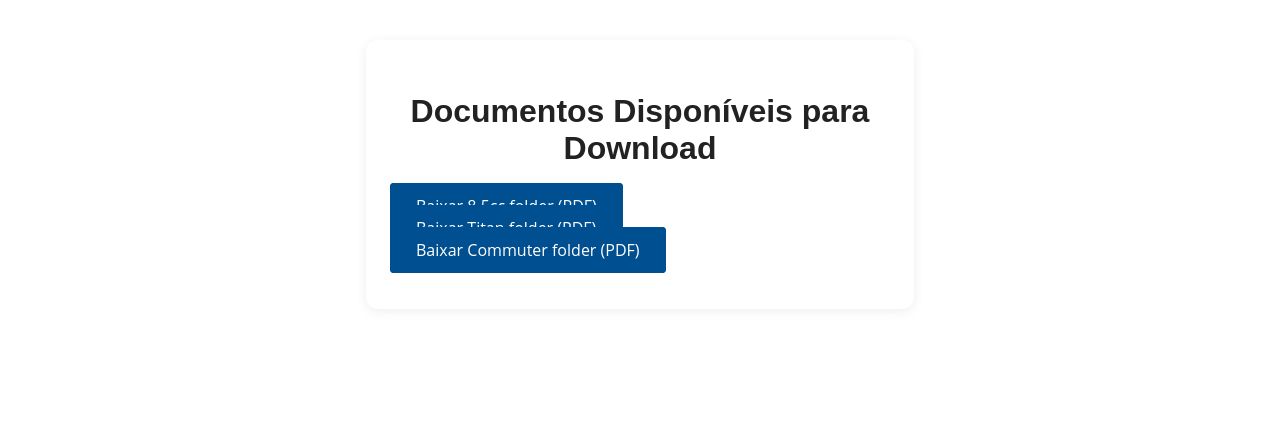
Repository: JamesOliveira1/Project-MastroWebSite
Page: assets/contents/documents.html
An editor plug-in stored every save of this project. The page is shown before and after the next save, followed by the edit.
The browser window is 1280 px wide. The pictures show the whole page.

Above is the page before, as saved 2025-06-30 13:21:55.

After the next save:
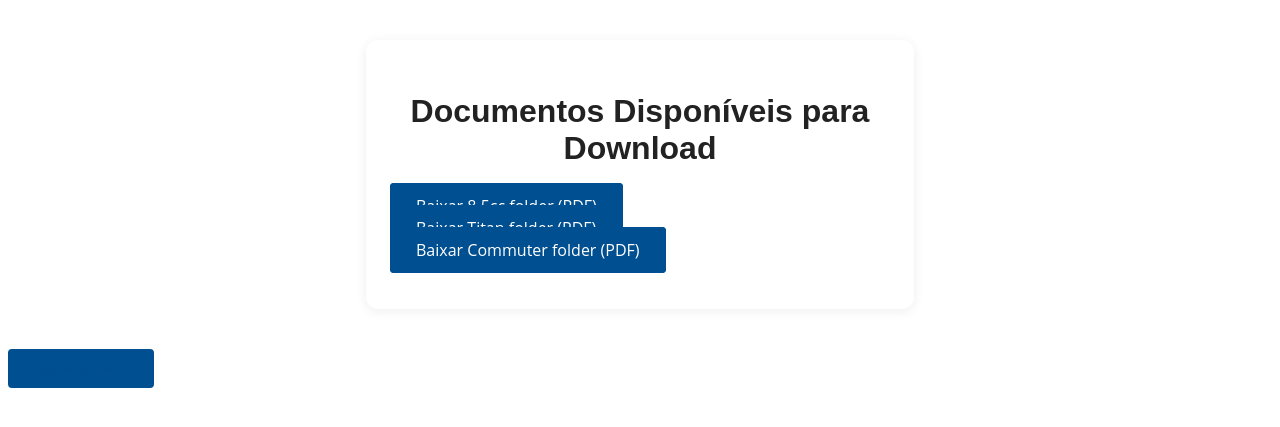
Saved 92 s later.
--- a/assets/contents/documents.html
+++ b/assets/contents/documents.html
@@ -46,5 +46,8 @@
             </li>
         </ul>
     </div>
+
+     <button class="btn btn-primary btn-large botaoorçarmento" type="button"><a class="nav-link scrollto" href="../index.html#portfolio">Outros Modelos</a></button>
+
 </body>
 </html>
